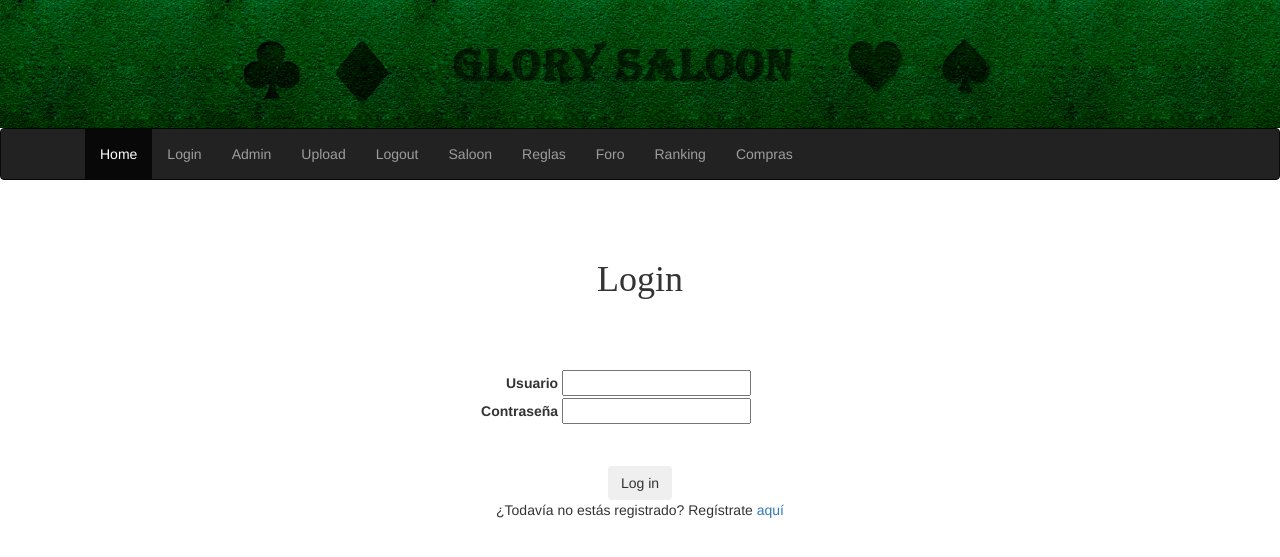
Repository: abvg9/GlorySaloon
Page: http://localhost/iw-base/WEB-INF/jsp/login.jsp
The author's editor kept a copy of each file at every save. The page is drawn from the files as they stood at one save, then again after the next save.
The browser window is 1280 px wide. The pictures show the whole page.
Some web fonts or font styles are not loaded; a fallback is used. The page is served by Tomcat 9. Nobody is signed in. Other server files are loaded and not shown. The template is opened directly, without the code that normally fills it, so the values that code supplies are empty.

Above is the page before, as saved 2018-04-11 16:34:53.

### iw-base/src/main/webapp/WEB-INF/jsp/login.jsp
<%@ page pageEncoding="UTF-8"%>
<%@ taglib prefix="s" uri="http://www.springframework.org/tags"%>
<%@ taglib prefix="c" uri="http://java.sun.com/jsp/jstl/core"%>
<%@ taglib prefix="sec"
	uri="http://www.springframework.org/security/tags"%>

<%@ include file="../jspf/header.jspf"%>

<div class="starter-template">
	<h1>Login</h1>
	<br><br><br>
    <form action="/login" method="post">
        <fieldset>
           <!-- <legend>Please Login</legend> -->
           <div class = "rightAl">
            <label for="username">Usuario</label>
            <input type="text" id="username" name="username"/><br>
            <label for="password">Contraseña</label>
            <input type="password" id="password" name="password"/>
            </div>
            <input type="hidden" name="${_csrf.parameterName}" value="${_csrf.token}"/>
            <br><br>
            <div class="form-actions">
                <button type="submit" class="btn">Log in</button>
            </div>
        </fieldset>
    </form>

	<%@ include file="../jspf/authinfo.jspf"%>
</div>

<%@ include file="../jspf/footer.jspf"%>

### iw-base/src/main/webapp/WEB-INF/jspf/header.jspf
<%@ page pageEncoding="UTF-8"%>
<%@ taglib prefix="s" uri="http://www.springframework.org/tags"%>
<%@ taglib prefix="c" uri="http://java.sun.com/jsp/jstl/core"%>
<!DOCTYPE html>
<html lang="en">
  <head>
    <meta charset="utf-8">
    <meta http-equiv="X-UA-Compatible" content="IE=edge">
    <meta name="viewport" content="width=device-width, initial-scale=1">
    <!-- The above 3 meta tags *must* come first in the head; any other head content must come *after* these tags -->
    <title>Aplicacion Web IW</title>

    <!-- Bootstrap -->
    <link href="${s}/css/bootstrap.min.css" rel="stylesheet">
    <link href="${s}/css/starter-template.css" rel="stylesheet">
    <link href="${s}/css/myOwnTheme.css" rel="stylesheet">
  </head>
  <body>
	<img class="img-responsive" src="${s}/img/headerExtenso.jpg">

	<nav class="navbar navbar-inverse navbar-relative-top">


      <div class="container">
        <div class="navbar-header">
          <button type="button" class="navbar-toggle collapsed" data-toggle="collapse" data-target="#navbar" aria-expanded="false" aria-controls="navbar">
            <span class="sr-only">Toggle navigation</span>
            <span class="icon-bar"></span>
            <span class="icon-bar"></span>
            <span class="icon-bar"></span>
          </button>
        </div>
        <div id="navbar" class="collapse navbar-collapse">
          <ul class="nav navbar-nav">
            <li class="active"><a href="/">Home</a></li>
            <li><a href="/login">Login</a></li>
            <li><a href="/admin">Admin</a></li>
            <li><a href="/upload">Upload</a></li>
            <li><a href="/logout">Logout</a></li>
		    <li><a href="/saloon">Saloon</a></li>
		    <li><a href="/reglas">Reglas</a></li>
		    <li><a href="/foro">Foro</a></li>
		    <li><a href="/ranking">Ranking</a></li>
		    <li><a href="/compras">Compras</a></li>
          </ul>
        </div><!--/.nav-collapse -->
      </div>
    </nav>

    <div class="container">

### iw-base/src/main/webapp/WEB-INF/jspf/authinfo.jspf
<%@ page pageEncoding="UTF-8"%>
<%@ taglib prefix="sec"
	uri="http://www.springframework.org/security/tags"%>

<sec:authorize access="isAnonymous()">
<div>
	¿Todavía no estás registrado? Regístrate <a>aquí</a>
</div>
</sec:authorize>
<sec:authorize access="isAuthenticated()">
<div >
	<p>Tu usuario es : <sec:authentication property="principal.username" />
	<p>Roles detectados:
	<sec:authorize access="hasRole('USER')">
		hasRole('USER')
	</sec:authorize>
	<sec:authorize access="hasRole('ADMIN')">
		hasRole('ADMIN')
	</sec:authorize>
</div>
</sec:authorize>

### iw-base/src/main/webapp/WEB-INF/jspf/footer.jspf
<%@ page pageEncoding="UTF-8"%>
</div><!-- /.container -->

    <!-- jQuery (necessary for Bootstrap's JavaScript plugins) -->
    <script src="${s}/js/jquery.min.js"></script>
    <!-- Include all compiled plugins (below), or include individual files as needed -->
    <script src="${s}/js/bootstrap.min.js"></script>
  </body>
</html>

### iw-base/src/main/resources/static/css/starter-template.css
body {
  padding-top: 0px;
}
.starter-template {
  padding: 40px 15px;
  text-align: center;
}
table td, table th {
  padding: 2px;
  spacing: 0;
  border: 1px solid gray;
}

### iw-base/src/main/resources/static/css/myOwnTheme.css
@font-face {

	font-family: ‘Algerian’;

		src: url('../fonts/ALGER.eot');

	   	src: url('fonts/ ALGER.eot?#iefix') format('embedded-opentype'),

	        url('fonts/ ALGER.woff') format('woff'),

	        url('fonts/ ALGER.ttf') format('truetype'),


	  font-weight: normal;

	  font-style: normal;

}

p {

	Font-family: ‘Algerian’;

}
h1 {

	Font-family: ‘Algerian’;

}

.rightAl{
	text-align: right;
	margin-right: 40%;

}

Loaded but not shown: iw-base/src/main/resources/static/css/bootstrap.min.css (library); iw-base/src/main/resources/static/js/jquery.min.js (library); iw-base/src/main/resources/static/js/bootstrap.min.js (library)

After the next save:
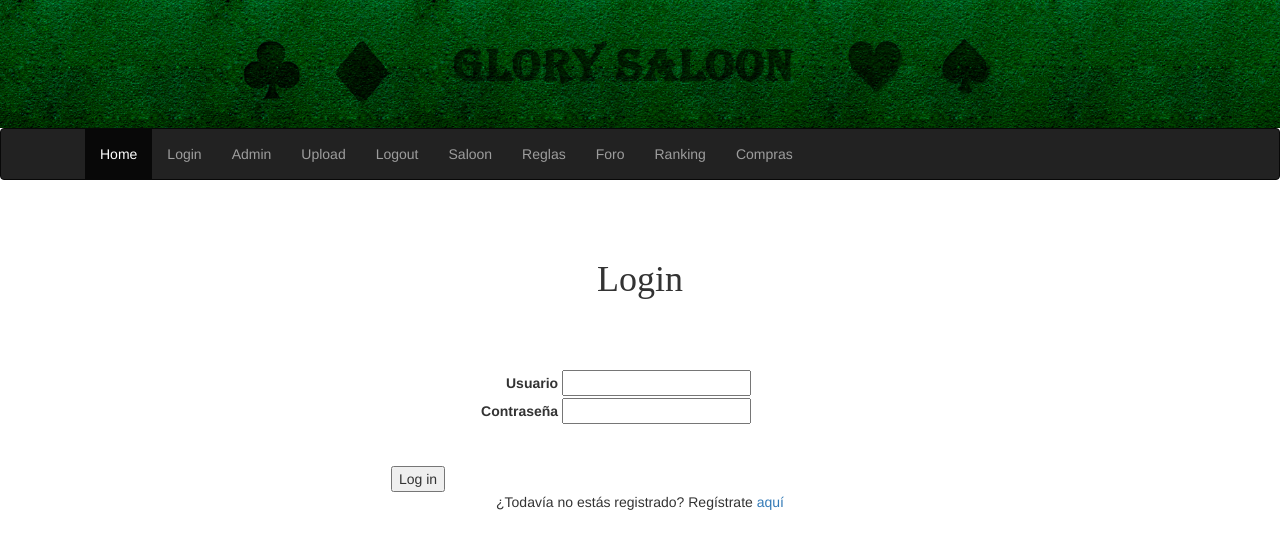
Saved 11 s later.
--- a/iw-base/src/main/webapp/WEB-INF/jsp/login.jsp
+++ b/iw-base/src/main/webapp/WEB-INF/jsp/login.jsp
@@ -21,7 +21,7 @@
             <input type="hidden" name="${_csrf.parameterName}" value="${_csrf.token}"/>
             <br><br>
             <div class="form-actions">
-                <button type="submit" class="btn">Log in</button>
+                <button type="submit" class="rightAl">Log in</button>
             </div>
         </fieldset>
     </form>
